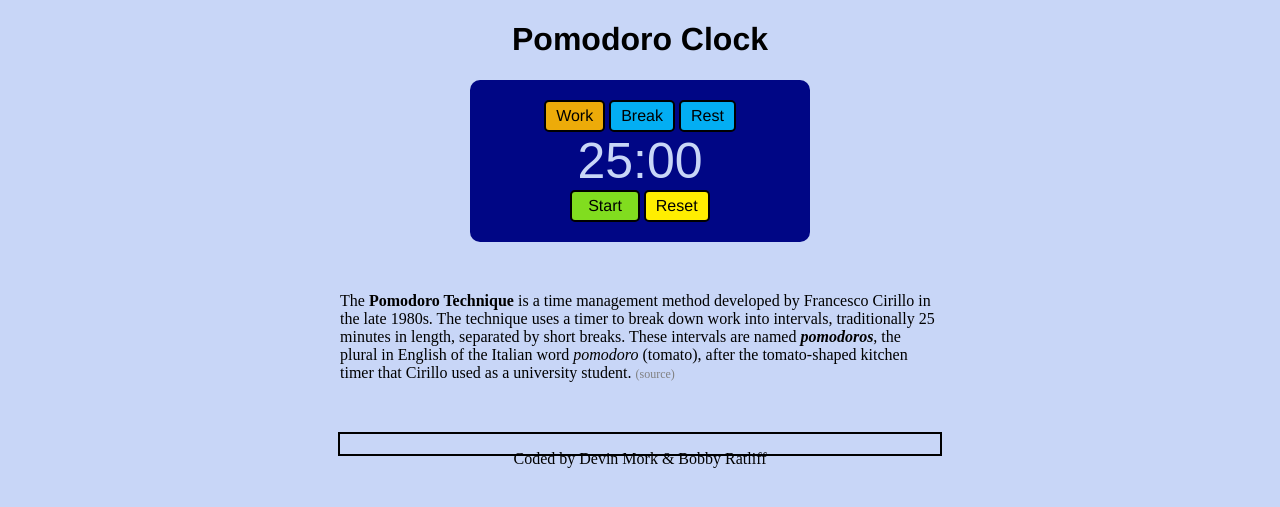
Repository: Demo318/pomodoro-clock
Page: index.html
The author's editor kept a record of every edit. The page is drawn from the files as they stood at one moment, then again after the next edit.
The browser window is 1280 px wide. The pictures show the whole page.

Above is the page before.

### index.html
<!Doctype HTML>
<html>
<head>
    <link rel="stylesheet" href="style.css" />
    <title>Best Clock Evar!</title>
</head>
<body>
    <div class="container"></div>
<h1>Pomodoro Clock</h1>
<div class="clock-app">
    <div class="workflow-commands">
        <div class="work button">Work</div>
        <div class="break button">Break</div>
        <div class="rest button">Rest</div>
    </div>
    <div class="timer">00:00</div>
    <div class="timer-control">
        <div class="start-timer button start">Start</div>
        <div class="reset-timer button">Reset</div>
    </div>
</div>
    <div class="description">
        <p>The <b>Pomodoro Technique</b> is a time management method developed by Francesco Cirillo in the late 1980s. The technique uses a timer to break down work into intervals, traditionally 25 minutes in length, separated by short breaks. These intervals are named <b><i>pomodoros</i></b>, the plural in English of the Italian word <i>pomodoro</i> (tomato), after the tomato-shaped kitchen timer that Cirillo used as a university student. <a href="https://en.wikipedia.org/wiki/Pomodoro_Technique"><span class="citation">(source)</span></a></p>
    </div>
    <div class="credit">
        <p>Coded by <a href="https://github.com/Demo318">Devin Mork</a> &amp; <a href="https://github.com/rratliff">Bobby Ratliff</a></p>
    </div>
</div>
<script src="jquery-3.2.1.js"></script>
<script src="app.js"></script>
</body>
</html>

### style.css
body {
    background-color: #C8D6F7;

}

h1 {
    font-family: Helvetica, Arial, sans-serif;
    text-align: center;
}

.clock-app {
    width: 300px;
    margin: auto;
    text-align: center;
    border: 0px solid black;
    border-radius: 10px;
    padding: 20px;
    background-color: #000685;

}


.button {
    display: inline-block;
    border: 2px solid black;
    border-radius: 5px;
    font-family: Helvetica, Arial, sans-serif;
    padding: 5px 10px;
    background-color: #03AEF3;

}

.button:hover {
    cursor: pointer;
}

.start-timer {
    width: 45.375px;
}

.reset-timer {
    background-color: #ffee00;
}

.start {
        background-color: #81DD1F;
}

.pause {
    background-color: #ED6C28;
}

.workflow-commands {
    display: block;
    margin:auto;
}

.timer {
   display: block;
   font-size: 50px;
   font-family: Arial, sans-serif;
   color: #C8D6F7;
}

.timer-control {
    display: block;
}

.highlight {
    background-color: #EDAB09;
}

.description {
    width: 600px;
    margin: 50px auto;
}

a {
    text-decoration: none;
    color:black;
}

.citation {
    color: gray;
    font-size: 12px;
}

.credit {
    bottom: 10px;
    text-align: center;
    border: 2px solid black;
    width: 600px;
    height: 20px;
    margin-left: auto;
    margin-right: auto;
    margin-top: auto;
}

### app.js
var clockStates = {"work":25*60,"break": 5*60,"rest":15*60};
var time = 0
var intervalID = undefined
var isRunning = false
var workflow = []
var currentWorkflow = "work"
var audio = new Audio('timer-with-ding.wav');

var convertTime = function (seconds) {
    var minutes = Math.floor(seconds/60);
    seconds = (seconds - (minutes*60)).toString();
    if (seconds.length < 2) {
        seconds = "0" + seconds
    }
    minutes = minutes.toString()
    if (minutes.length < 2) {
        minutes = "0" + minutes
    }
    return minutes + ":" + seconds;
};

var renderTimer = function () {
    $(".timer").html(convertTime(time));
    var currentClass = "." + currentWorkflow
    if ($(currentClass).hasClass("highlight")){} else {
        $(".workflow-commands .button").removeClass("highlight");
        $(currentClass).addClass("highlight");
    }
    if (isRunning && $(".start-timer").hasClass("start")) {
            $(".start-timer").html("Pause").removeClass("start").addClass("pause")
        }
};

var timerEnded = function() {
    audio.play(); //play sound
    if (workflow.length == 6) {
        workflow = []
    }
    var next
    workflow.push(currentWorkflow);
    if (currentWorkflow == "work") {
        switch (workflow.filter(function(el) { return el == "work"}).length) {
            case 1:
                next = "break";
                break;
            case 2:
                next = "break";
                break;
            case 3:
                next = "rest";
                break;
        }
    } else if (currentWorkflow == "break" || currentWorkflow == "rest") {
        next = "work"
    }
    time = clockStates[next]
    currentWorkflow = next
    startTimer();
}

var startTimer = function () {
       intervalID = setInterval(function (){
                if (time === 0) {
                    stopTimer()
                    timerEnded()
                }
                else {
                    time = time-1
                }
                renderTimer()
            }, 1000)
            isRunning = true;
};

var stopTimer = function() {
    clearInterval(intervalID)
    isRunning = false;
}

var setStartButton = function () {
    $(".start-timer").html("Start").removeClass("pause").addClass("start");
}

$(document).ready(function () {



    // initial value
    time = clockStates["work"]
    renderTimer()


    //click listeners to reset timer
    $(".workflow-commands .work").on("click", function (){
        currentWorkflow = "work"
        time = clockStates[currentWorkflow]
        renderTimer()
        stopTimer()
        setStartButton()
    })

    $(".workflow-commands .break").on("click", function (){
        currentWorkflow = "break"
        time = clockStates[currentWorkflow]
        renderTimer()
        stopTimer()
        setStartButton()
    })

    $(".workflow-commands .rest").on("click", function (){
        currentWorkflow = "rest"
        time = clockStates[currentWorkflow]
        renderTimer()
        stopTimer()
        setStartButton()
    })

    $(".timer-control .start-timer").on("click", function () {
        if (isRunning) {
            stopTimer()
        } else {
            startTimer()
        }
        if ($(".start-timer").hasClass("pause")) {
            setStartButton()
        }
    })

    $(".timer-control .reset-timer").on("click", function() {
        stopTimer()
        currentWorkflow = "work"
        workflow = []
        time = clockStates[currentWorkflow]
        renderTimer()
        setStartButton()
    })

});

Loaded but not shown: jquery-3.2.1.js (library)

After the next edit:
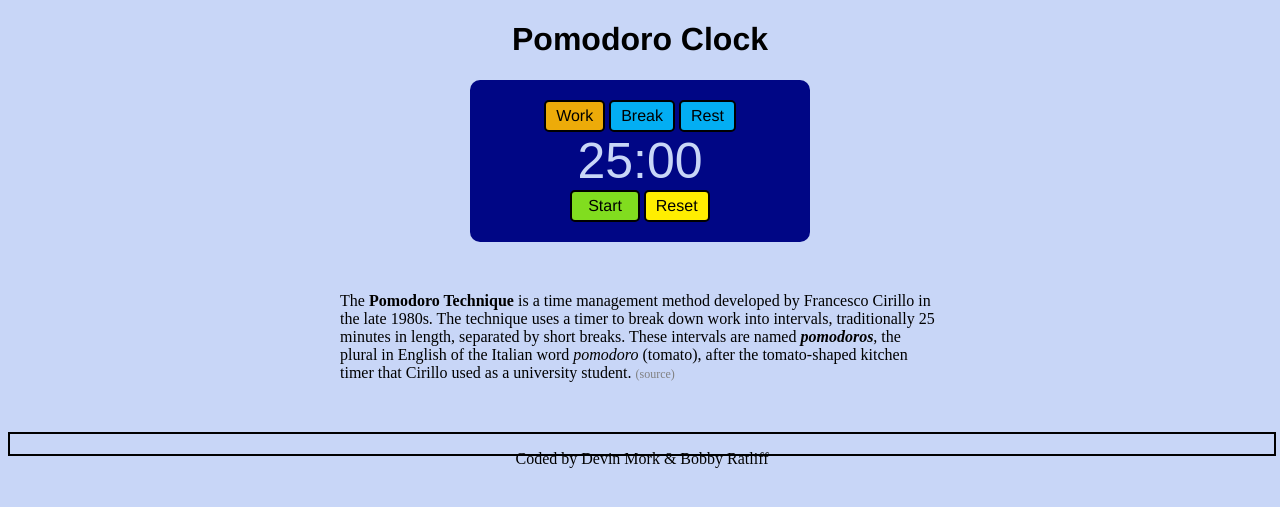
The edit:
--- a/style.css
+++ b/style.css
@@ -89,7 +89,7 @@
     bottom: 10px;
     text-align: center;
     border: 2px solid black;
-    width: 600px;
+    width: 100%;
     height: 20px;
     margin-left: auto;
     margin-right: auto;
